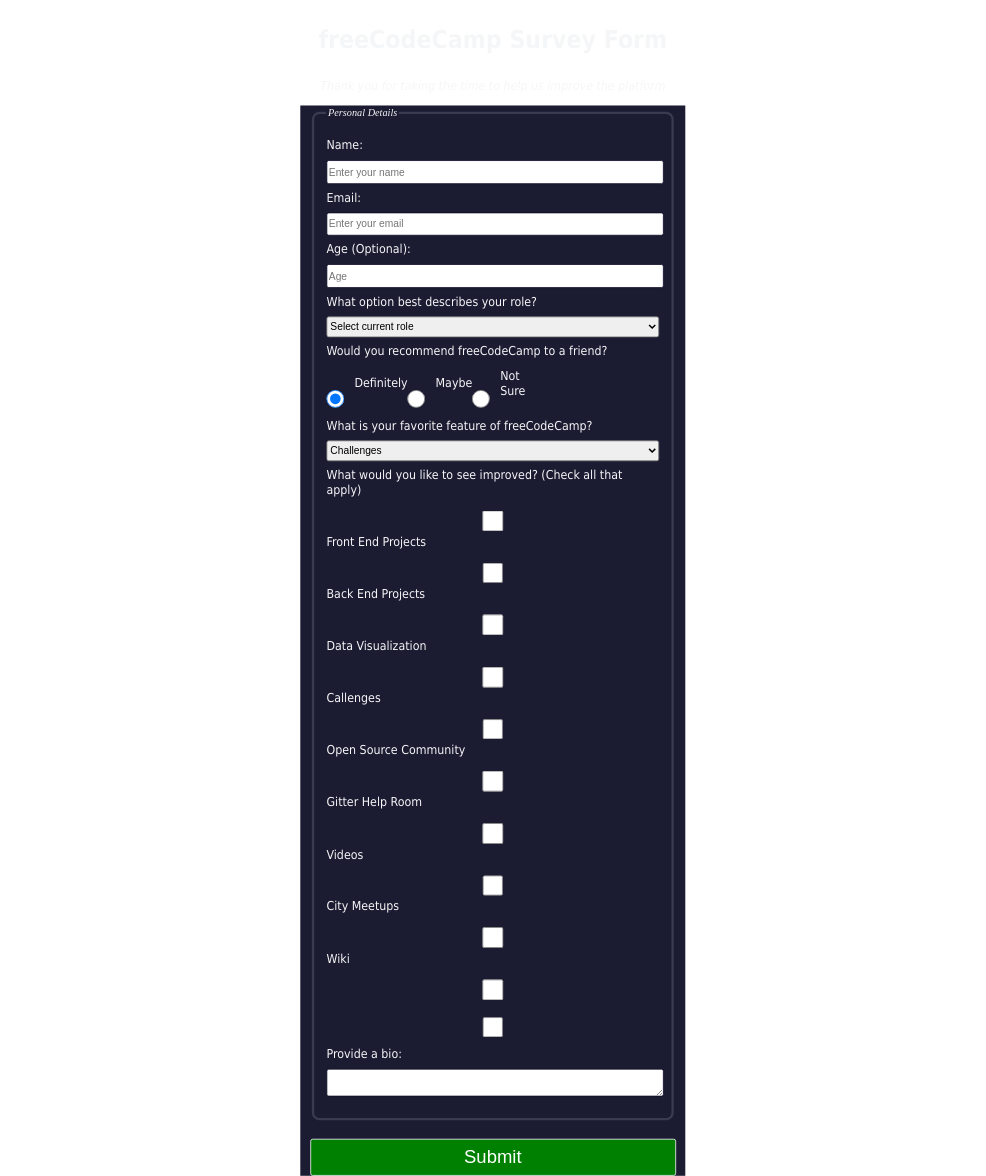
Repository: Lungdjos/survey_form_certification
Page: index.html
These files come from the project's save history. The page is drawn as it stood at one moment and after the next save; the edit follows.
The browser window is 1280 px wide. The pictures show the whole page, at 77% of full size.

Above is the page before, as saved 2023-09-30 23:27:09.

### index.html
<!DOCTYPE html>
<html lang="en">

<head>
    <meta charset="UTF-8">
    <meta name="viewport" content="width=device-width, initial-scale=1.0">
    <title>Survey Form</title>
    <link rel="stylesheet" href="styles.css">
</head>

<body>
    <h1>freeCodeCamp Survey Form </h1>
    <p>Thank you for taking the time to help us improve the platform</p>
    <form action="https://register-demo.freecodecamp.org" method="post">
        <fieldset>
            <legend> <small>Personal Details</small> </legend>
            <label for="name">Name: <input type="text" id="name" name="name" placeholder="Enter your name" required> </label>
            <label for="email">Email: <input type="email" id="email" name="email" placeholder="Enter your email" required> </label>
            <label for="age">Age (Optional): <input type="number" name="age" id="age" min="13" max="100" placeholder="Age"> </label>
            <label for="referrer"> What option best describes your role?
                <select name="referrer" id="referrer">
                    <option value="">Select current role</option>
                    <option value="1"  name="news">Student</option>
                    <option value="2" name="youtube" >Full Time Job</option>
                    <option value="3" name="forum" >Full Time Learner</option>
                    <option value="4" name="other" >Prefer not to say</option>
                    <option value="5" name="other" >Other</option>
                </select>
            </label>
            <label for="rec">
                Would you recommend freeCodeCamp to a friend?
                <div class="radio-label">
                    <input  type="radio" name="recommendation" id="rec" checked> Definitely
                    <input  type="radio" name="recommendation" id="rec">Maybe
                    <input  type="radio" name="recommendation" id="rec">Not Sure
                </div>

            </label>

            <label for="referrer"> What is your favorite feature of freeCodeCamp?
                <select name="referrer" id="referrer">
                    <option value="">Select an option</option>
                    <option value="1" selected name="news">Challenges</option>
                    <option value="2" name="youtube" >Projects</option>
                    <option value="3" name="forum" >Community</option>
                    <option value="4" name="other" >Open Source</option>
                </select>
            </label>
            <label for="">
                What would you like to see improved? (Check all that apply)

            <label><input type="checkbox"/>Front End Projects</label>
            <label><input type="checkbox"/>Back End Projects</label>
            <label><input type="checkbox"/>Data Visualization</label>
            <label><input type="checkbox"/>Callenges</label>
            <label><input type="checkbox"/>Open Source Community</label>
            <label><input type="checkbox"/>Gitter Help Room</label>
            <label><input type="checkbox"/>Videos</label>
            <label><input type="checkbox"/>City Meetups</label>
            <label><input type="checkbox"/>Wiki</label>
            <label><input type="checkbox"/></label>
            <label><input type="checkbox"/></label>
            </label>

            <label for="bio">Provide a bio:
                <textarea name="biography" id="bio" cols="50" rows="2" placeholder="I like coding on the beach..." >
                </textarea>
            </label>
        </fieldset>
        <input type="submit" value="Submit" name="submit" id="submit-btn">
    </form>
</body>

</html>

### styles.css
/* designs for the survey form */


/* CSS for the Registration Form */

body {
    width: 100%;
    height: 100vh;
    /* will need to set the value to */
    margin: 15px 0 15px 0;
    color: #f5f6f7;
    font-size: 16px;
    font-family: Tahoma;
}

label {
    display: block;
    margin: .5rem 0;
}

a {
    color: #dfdfe2;
}

a:hover {
    color: blanchedalmond;
    text-decoration: none;
}

a:active {
    color: #0a0a23;
}

fieldset {
    margin: 15px;
    border-radius: 10px;
    border: 3px solid #3b3b4f;
    padding: 1rem;
}


/* gets the last element and take effects */


/* fieldset:last-of-type {
    border: none;
} */

input,
textarea,
select {
    margin: 10px 0 0 0;
    width: 100%;
    border-radius: 3px;
    min-height: 2em;
}

input,
textarea {
    background-color: #fff;
    border: 1px solid #0a0a23;
    color: #0a0a23;
    ;
}


/* input {}

.inline label {
    display: inline;
    margin: 0 3em 0 0;
    vertical-align: middle;
    justify-content: left;
}


/* Style the radio buttons to make them visually aligned with the labels *

input[type="radio"] {
    vertical-align: middle;
    /* Align radio buttons vertically with the text
    margin-right: 5px;
    /* Add some spacing between the radio button and text


}

/* Add some margin between each radio button and text

label input[type="radio"]+label {
    margin-right: 15px;
}

*/


/* Use flexbox to align items vertically */

.radio-label {
    display: inline-flex;
    align-items: center;
}


/* Style the radio buttons */

input[type="radio"] {
    margin: 3em 1em 0 0;
}

legend {
    font-style: italic;
    font-family: 'Times New Roman', Times, serif;
}

h1,
p {
    margin: 1em auto;
    text-align: center;
}

p {
    font-style: italic;
}

form {
    /* margin: 0px 30px 0px 30px; */
    margin: 0 auto;
    max-width: 500px;
    min-width: 300px;
    width: 60vw;
    background-color: #1b1b32;
}

#submit-btn:hover {
    background-color: blanchedalmond;
    margin-bottom: 2em;
    color: #0a0a23;
    border: 4px solid #3b3b4f;
    border-radius: 8px;
}

input[name="submit"] {
    display: block;
    width: 95%;
    margin: 1em auto;
    height: 2em;
    font-size: 1.5rem;
    background-color: green;
    color: #fff;
    border-color: white;
    min-width: 1em;
}

input[type="file"] {
    min-height: 2em;
    padding: 1px 2px;
}

After the next save:
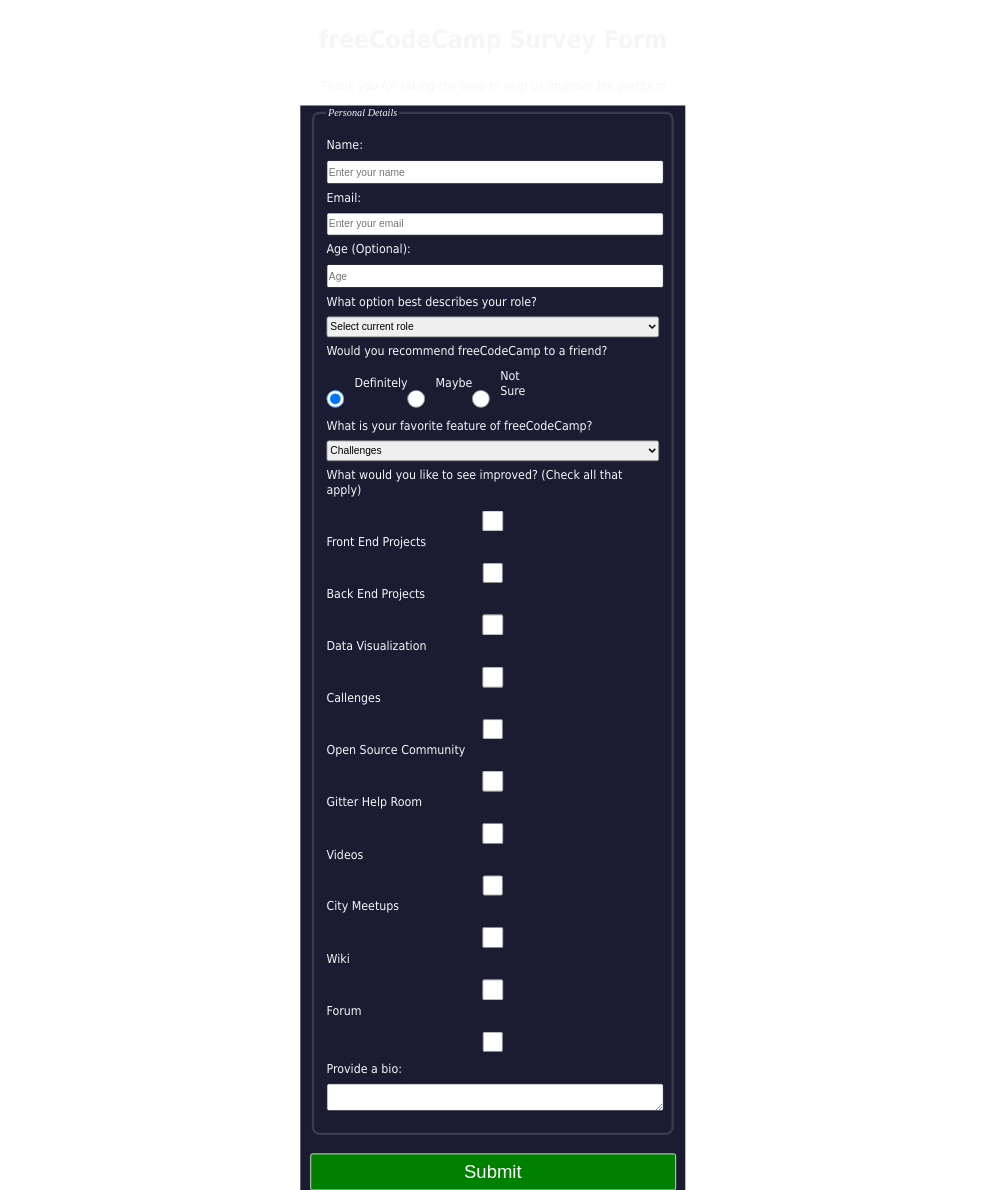
Saved 28 s later.
--- a/index.html
+++ b/index.html
@@ -58,7 +58,7 @@
             <label><input type="checkbox"/>Videos</label>
             <label><input type="checkbox"/>City Meetups</label>
             <label><input type="checkbox"/>Wiki</label>
-            <label><input type="checkbox"/></label>
+            <label><input type="checkbox"/>Forum</label>
             <label><input type="checkbox"/></label>
             </label>
 
